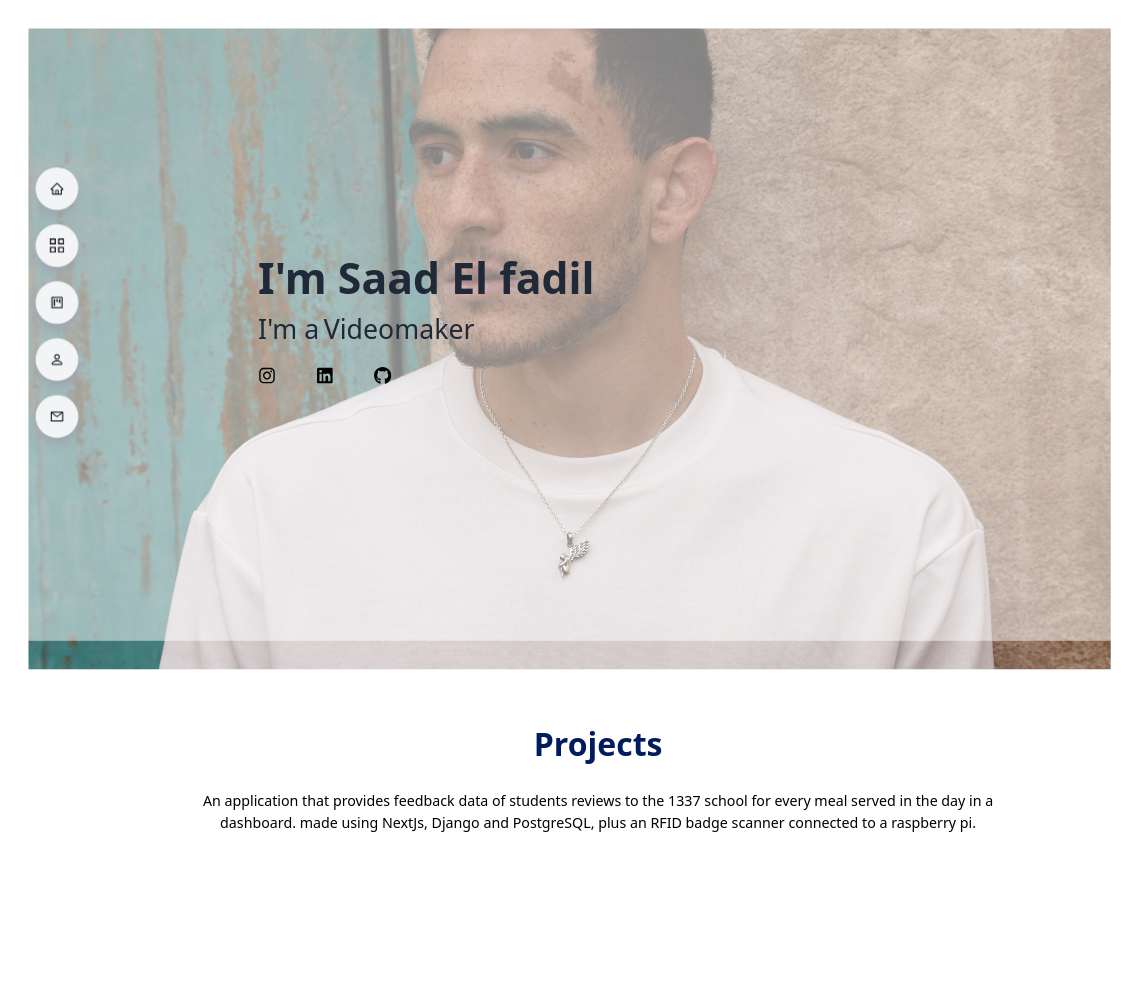
Repository: Saadelfadil/saadelfadil.github.io
Page: /
An editor plug-in stored every save of this project. The page is shown before and after the next save, followed by the edit.
The browser window is 1280 px wide. The pictures show the whole page, at 89% of full size.
The project was rebuilt for these pictures with package versions that can differ from the ones it lists, and the page was loaded fresh each time. Also part of the build but not shown: vite.config.js.

Above is the page before, as saved 2023-02-26 17:52:04.

### src/App.jsx
import './App.css'
import Sidenave from './components/Sidenave'
import Main from './components/Main'
import Projects from './components/Projects'

function App() {

  return (
    <div>
      <Sidenave />
      <Main />
      <Projects />
    </div>
  )
}

export default App

### src/components/Sidenave.jsx
import React, { useState } from "react";
import { AiOutlineHome, AiOutlineMail, AiOutlineMenu, AiOutlineProject } from "react-icons/ai"
import { GrProjects } from "react-icons/gr"
import { BsPerson } from "react-icons/bs"

const Sidenave = () => {
    const [nav, setNav] = useState(false)

    const handleNav = () => {
        setNav((prev) => prev = !nav);
    };

  return (
    <div>
        <AiOutlineMenu onClick={handleNav} className="absolute top-4 right-4 z-[100] md:hidden"/>
        {
            nav ? (
                <div className="fixed w-full h-screen bg-white/90 flex flex-col justify-center items-center z-20">
                    <a href="#main" className="w-[75%] flex justify-center rounded-full shadow-lg bg-gray-100 shadow-gray-400 m-2 p-4 cursor-pointer hover:scale-110 ease-in duration-200">
                        <AiOutlineHome size={20}/>
                        <span className="pl-4">Home</span>
                    </a>
                    <a href="#work" className="w-[75%] flex justify-center rounded-full shadow-lg bg-gray-100 shadow-gray-400 m-2 p-4 cursor-pointer hover:scale-110 ease-in duration-200">
                        <GrProjects size={20}/>
                        <span className="pl-4">Work</span>
                    </a>
                    <a href="#projects" className="w-[75%] flex justify-center rounded-full shadow-lg bg-gray-100 shadow-gray-400 m-2 p-4 cursor-pointer hover:scale-110 ease-in duration-200">
                        <AiOutlineProject size={20}/>
                        <span className="pl-4">Projects</span>
                    </a>
                    <a href="#main" className="w-[75%] flex justify-center rounded-full shadow-lg bg-gray-100 shadow-gray-400 m-2 p-4 cursor-pointer hover:scale-110 ease-in duration-200">
                        <BsPerson size={20}/>
                        <span className="pl-4">Resume</span>
                    </a>
                    <a href="#contact" className="w-[75%] flex justify-center rounded-full shadow-lg bg-gray-100 shadow-gray-400 m-2 p-4 cursor-pointer hover:scale-110 ease-in duration-200">
                        <AiOutlineMail size={20}/>
                        <span className="pl-4">Contact</span>
                    </a>
                </div>
            ) : ""
        }

        <div className="md:block hidden fixed top-[25%] z-10">
            <div className="flex flex-col">
                <a href="#main" className="rounded-full shadow-lg bg-gray-100 shadow-gray-400 m-2 p-4 cursor-pointer hover:scale-110 ease-in duration-300 ">
                    <AiOutlineHome />
                </a>
                <a href="#work" className="rounded-full shadow-lg bg-gray-100 shadow-gray-400 m-2 p-4 cursor-pointer hover:scale-110 ease-in duration-300 ">
                    <GrProjects />
                </a>
                <a href="#projects" className="rounded-full shadow-lg bg-gray-100 shadow-gray-400 m-2 p-4 cursor-pointer hover:scale-110 ease-in duration-300 ">
                    <AiOutlineProject />
                </a>
                <a href="#main" className="rounded-full shadow-lg bg-gray-100 shadow-gray-400 m-2 p-4 cursor-pointer hover:scale-110 ease-in duration-300 ">
                    <BsPerson />
                </a>
                <a href="#contact" className="rounded-full shadow-lg bg-gray-100 shadow-gray-400 m-2 p-4 cursor-pointer hover:scale-110 ease-in duration-300 ">
                    <AiOutlineMail />
                </a>
            </div>
        </div>
    </div>
  )
};

export default Sidenave;

### src/components/Main.jsx
import React from "react";
import { TypeAnimation } from "react-type-animation"
import { FaGithub, FaInstagram, FaLinkedin } from "react-icons/fa"

const Main = () => {
  return (
    <div id="main">
        <img className="w-full h-screen object-cover object-right " src="/src/assets/saadelfadil.jpg" alt="saadelfadil" />
        <div className="w-full h-screen absolute top-0 left-0 bg-white/50 ">
            <div className="max-w-[700px] m-auto h-full w-full flex flex-col justify-center lg:items-start items-center ">
                <h1 className="sm:text-5xl text-4xl font-bold text-gray-800">I'm Saad El fadil</h1>
                <h2 className="flex sm:text-3xl text-2xl pt-4 text-gray-800">I'm a
                    <TypeAnimation
                        sequence={[
                            'Software Engineer', // Types 'One'
                            1000, // Waits 1s
                            'Videomaker', // Deletes 'One' and types 'Two'
                            2000, // Waits 2s
                        ]}
                        wrapper="div"
                        cursor={true}
                        repeat={Infinity}
                        style={{ fontSize: '1em', paddingLeft: "5px" }}
                    />
                </h2>
                <div className="flex justify-between pt-6 max-w-[150px] w-full">
                        <FaInstagram size={20} className="cursor-pointer"/>
                        <FaLinkedin size={20} className="cursor-pointer"/>
                        <FaGithub size={20} className="cursor-pointer"/>
                </div>
            </div>
        </div>
    </div>
  )
};

export default Main;

### src/components/Projects.jsx
import React from "react";
import ProjectItem from "./ProjectItem";
import img from "../assets/saadelfadil.jpg";

const Projects = () => {
  return (
    <div id="projects" className="max-w-[1028px] m-auto md:pl-20 p-4 py-16">
        <h1 className="text-4xl font-bold text-center text-[#001b5e] ">Projects</h1>
        <p className="text-center py-8">
            An application that provides feedback data of students reviews to the 1337 school for every meal served in the day in a dashboard. made using NextJs, Django and PostgreSQL, plus an RFID badge scanner connected to a raspberry pi.
        </p>
        <div className="grid sm:grid-cols-2 gap-12">
            <ProjectItem />
            <ProjectItem />
            <ProjectItem />
            <ProjectItem />
        </div>
    </div>
  )
};

export default Projects;

### src/components/ProjectItem.jsx
import React from "react";

const ProjectItem = () => {
  return (
    <div>

    </div>
  )
};

export default ProjectItem;

Loaded but not shown: index.html (common file); src/main.jsx (common file); src/index.css (common file); src/App.css (common file); tailwind.config.cjs (common file)

After the next save:
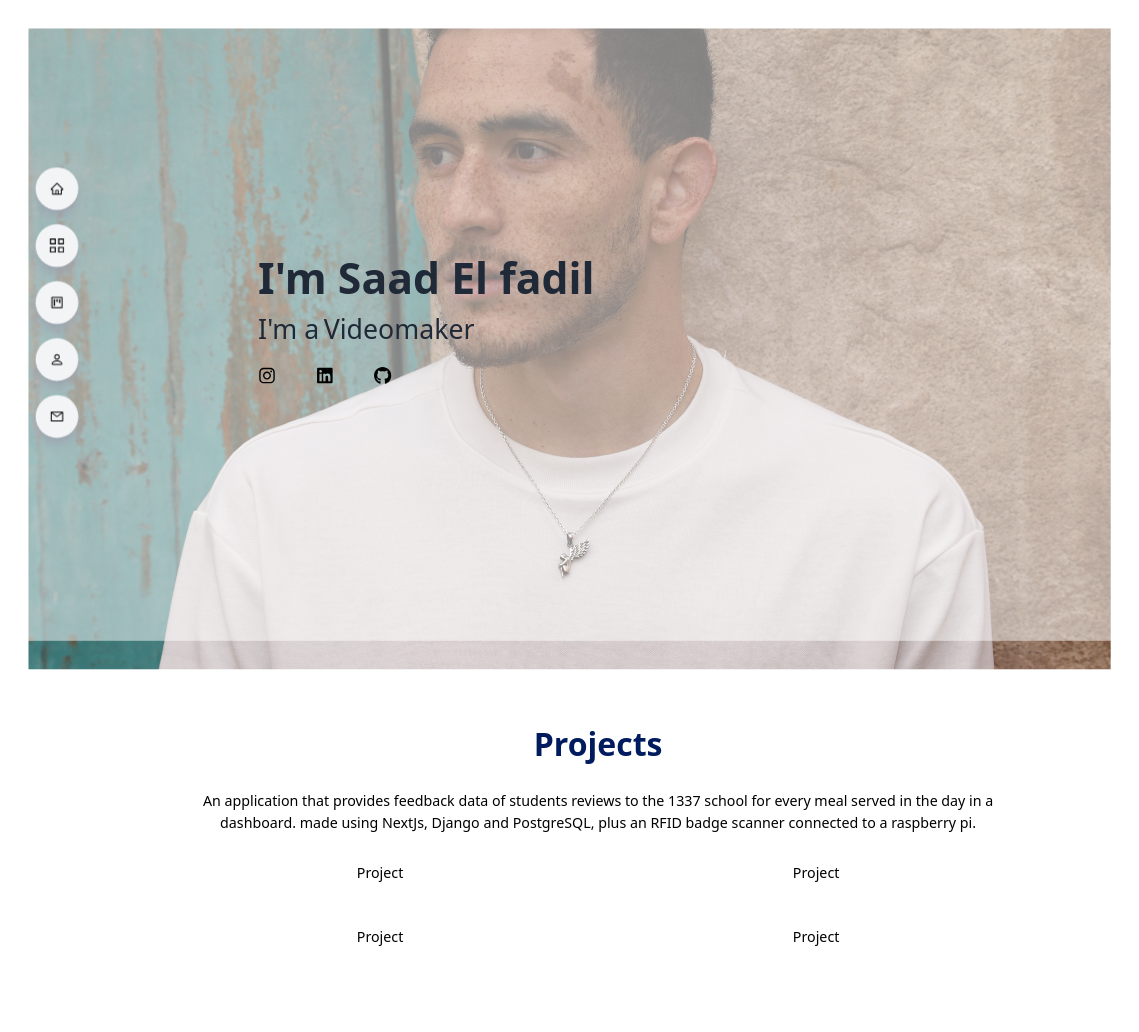
Saved 7 s later.
--- a/src/components/ProjectItem.jsx
+++ b/src/components/ProjectItem.jsx
@@ -3,7 +3,7 @@ import React from "react";
 const ProjectItem = () => {
   return (
     <div>
-
+        Project
     </div>
   )
 };
